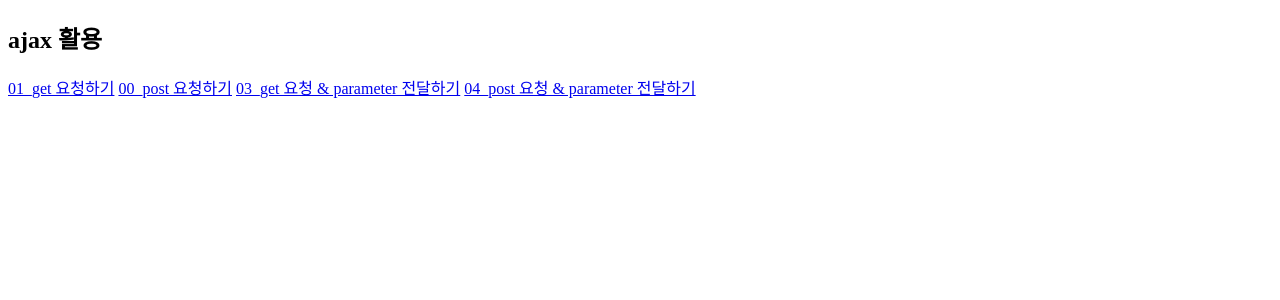
Repository: kiyongee2/web_qbit
Page: http://localhost/index
The author's editor kept a copy of each file at every save. The page is drawn from the files as they stood at one save, then again after the next save.
The browser window is 1280 px wide. The pictures show the whole page.
The page is this project's Thymeleaf template; nobody is signed in. The template is opened directly, without the code that normally fills it, so the values that code supplies are empty.

Above is the page before, as saved 2025-09-07 09:50:36.

### springworks/ajax-test/src/main/resources/templates/index.html
<!DOCTYPE html>
<html>
<head>
<meta charset="UTF-8">
<title>Home..</title>
</head>
<body>
	<h2>ajax 활용</h2>
	<a href="/ajax-ex-01">01_get 요청하기</a>
	<a href="/ajax-ex-02">00_post 요청하기</a>
	<a href="/ajax-ex-03">03_get 요청 & parameter 전달하기</a>
	<a href="/ajax-ex-04">04_post 요청 & parameter 전달하기</a>
</body>
</html>

After the next save:
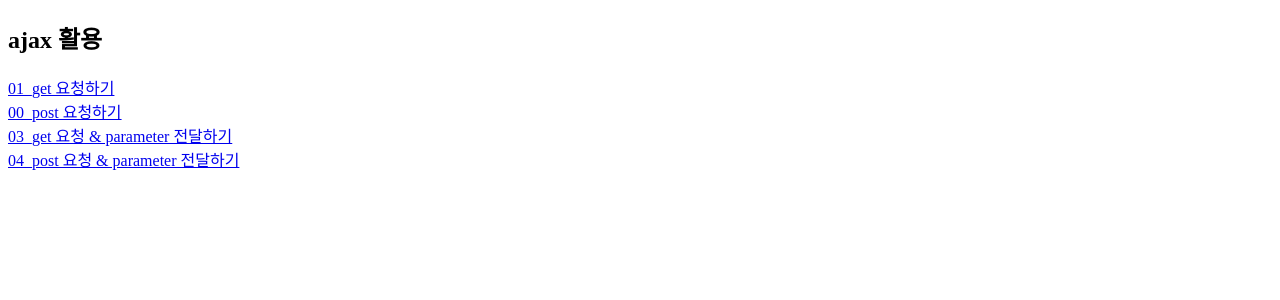
Saved 49 s later.
--- a/springworks/ajax-test/src/main/resources/templates/index.html
+++ b/springworks/ajax-test/src/main/resources/templates/index.html
@@ -3,6 +3,11 @@
 <head>
 <meta charset="UTF-8">
 <title>Home..</title>
+<style type="text/css">
+	a{
+		display: block;
+	}
+</style>
 </head>
 <body>
 	<h2>ajax 활용</h2>
